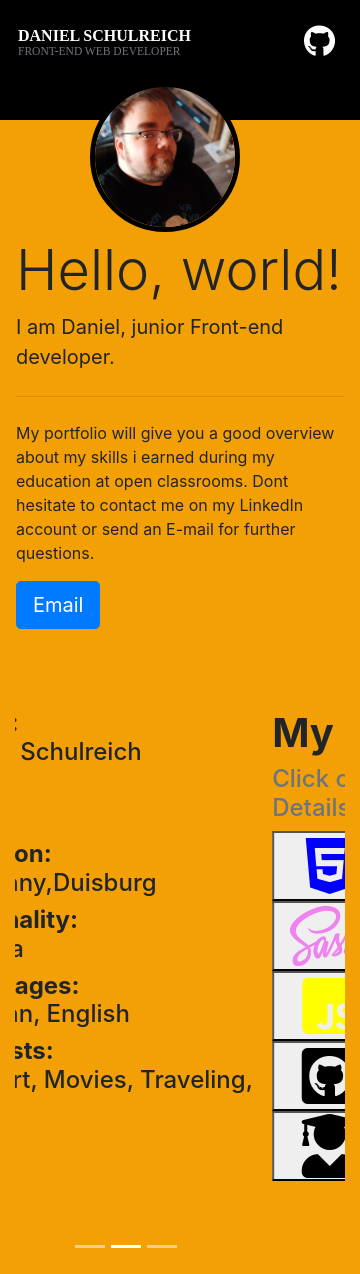
Repository: schulreich/my_portfolio
Page: index.html
These files come from the project's save history. The page is drawn as it stood at one moment and after the next save; the edit follows.
The browser window is 360 px wide. The pictures show the whole page.
Some web fonts or font styles are not loaded; a fallback is used. Some web libraries are served in a nearby version.

Above is the page before, as saved 2020-06-21 22:19:50.

After the next save:
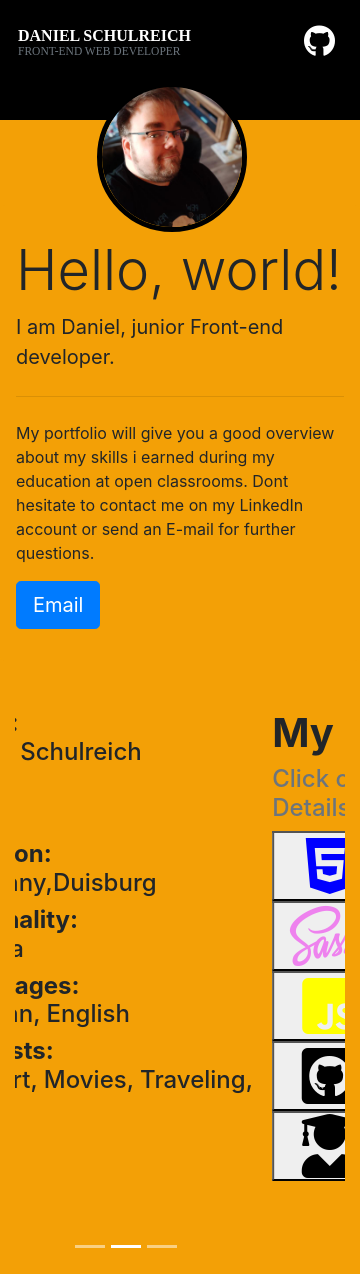
Saved 90 s later.
--- a/css/main.css
+++ b/css/main.css
@@ -18,7 +18,7 @@
 @media screen and (max-width: 360px){
   @keyframes mymove{
       0%   {left: 0%;}
-      100% {left: 25%;}
+      100% {left: 27%;}
   }
 }
 
